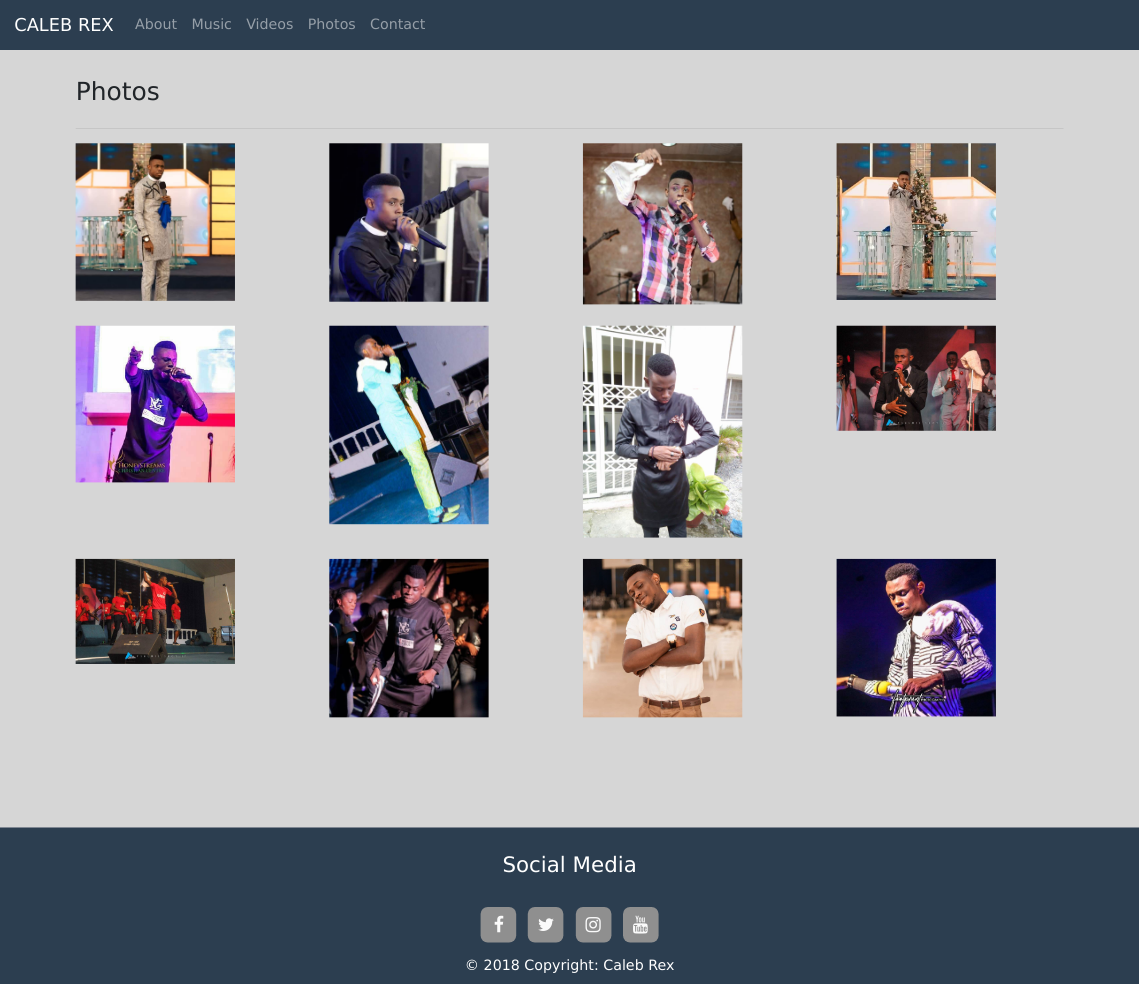
Repository: IchaTreasure/caleb-rex
Page: photos.html
The author's editor kept a record of every edit. The page is drawn from the files as they stood at one moment, then again after the next edit.
The browser window is 1280 px wide. The pictures show the whole page, at 89% of full size.
Some web libraries are served in a nearby version.

Above is the page before.

After the next edit:
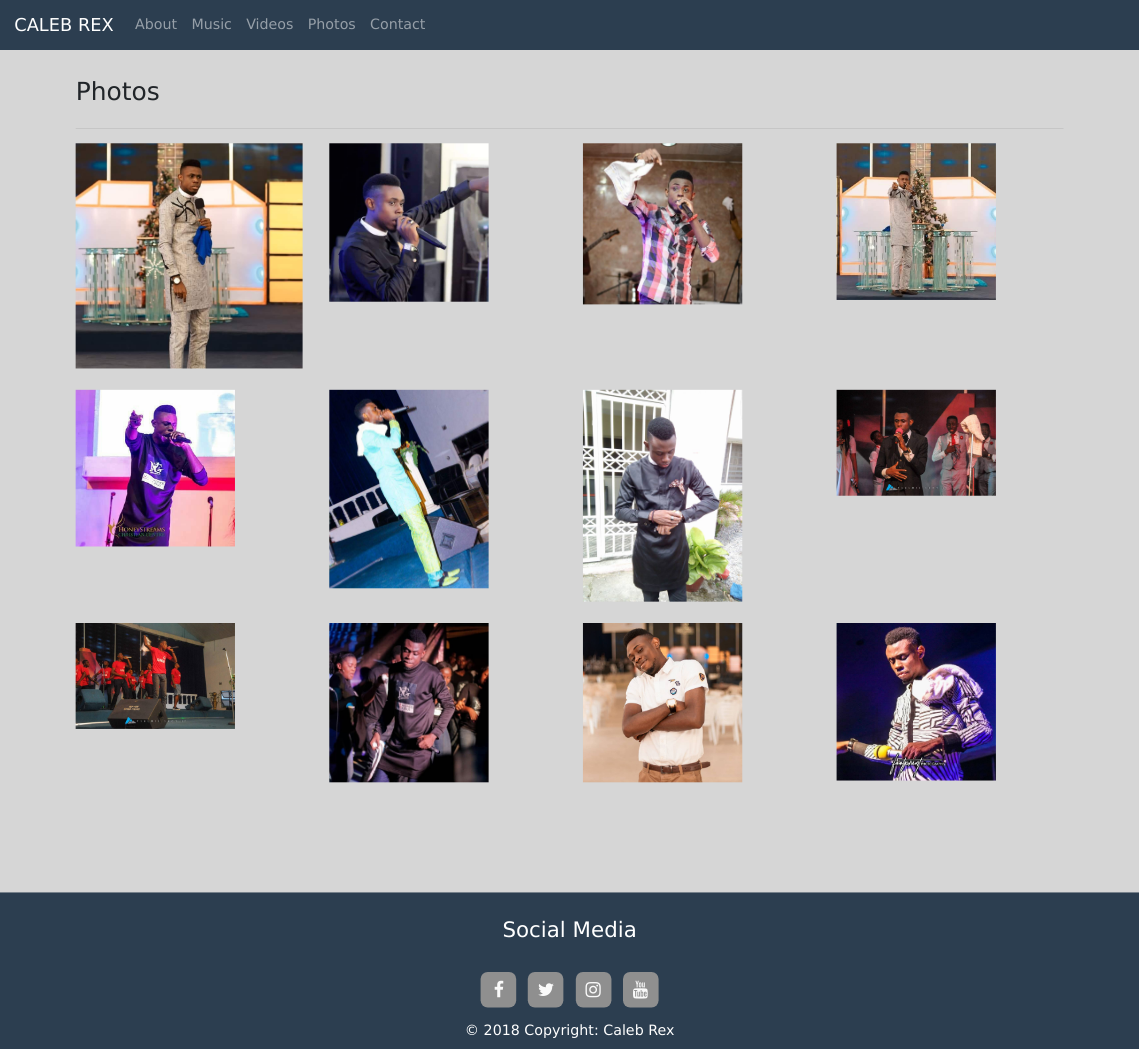
The edit:
--- a/photos.html
+++ b/photos.html
@@ -55,7 +55,7 @@
                 <!-- Modal: Image 1 -->
                 <div class="col-sm-3">
                     <a class="d-block mb-4 h-100">
-            <img class="img-fluid img-hover" src="images/Caleb1.jpg" data-toggle="modal" data-target="#Image1" alt="Caleb 1" style="width: 70%">
+            <img class="img-fluid img-hover" src="images/Caleb1.jpg" data-toggle="modal" data-target="#Image1" alt="Caleb 1" style="width: 100%">
           </a>
                     <!-- Modal Content -->
                     <div class="modal fade" id="Image1" tabindex="-1" role="dialog" aria-hidden="true">
